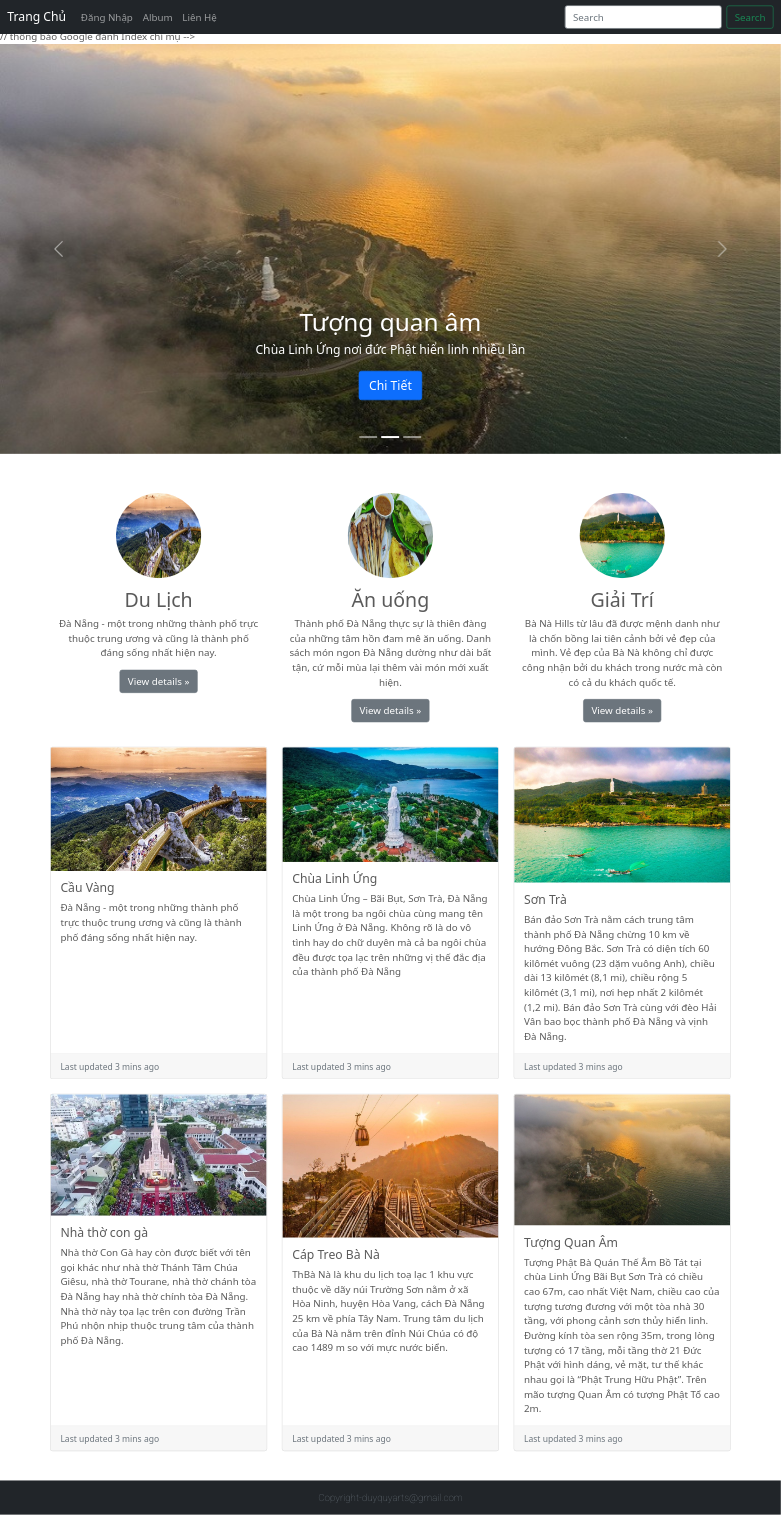
Repository: quyld88/baipro4
Page: index.html
An editor plug-in stored every save of this project. The page is shown before and after the next save, followed by the edit.
The browser window is 1280 px wide. The pictures show the whole page, at 61% of full size.

Above is the page before, as saved 2022-05-16 16:45:27.

After the next save:
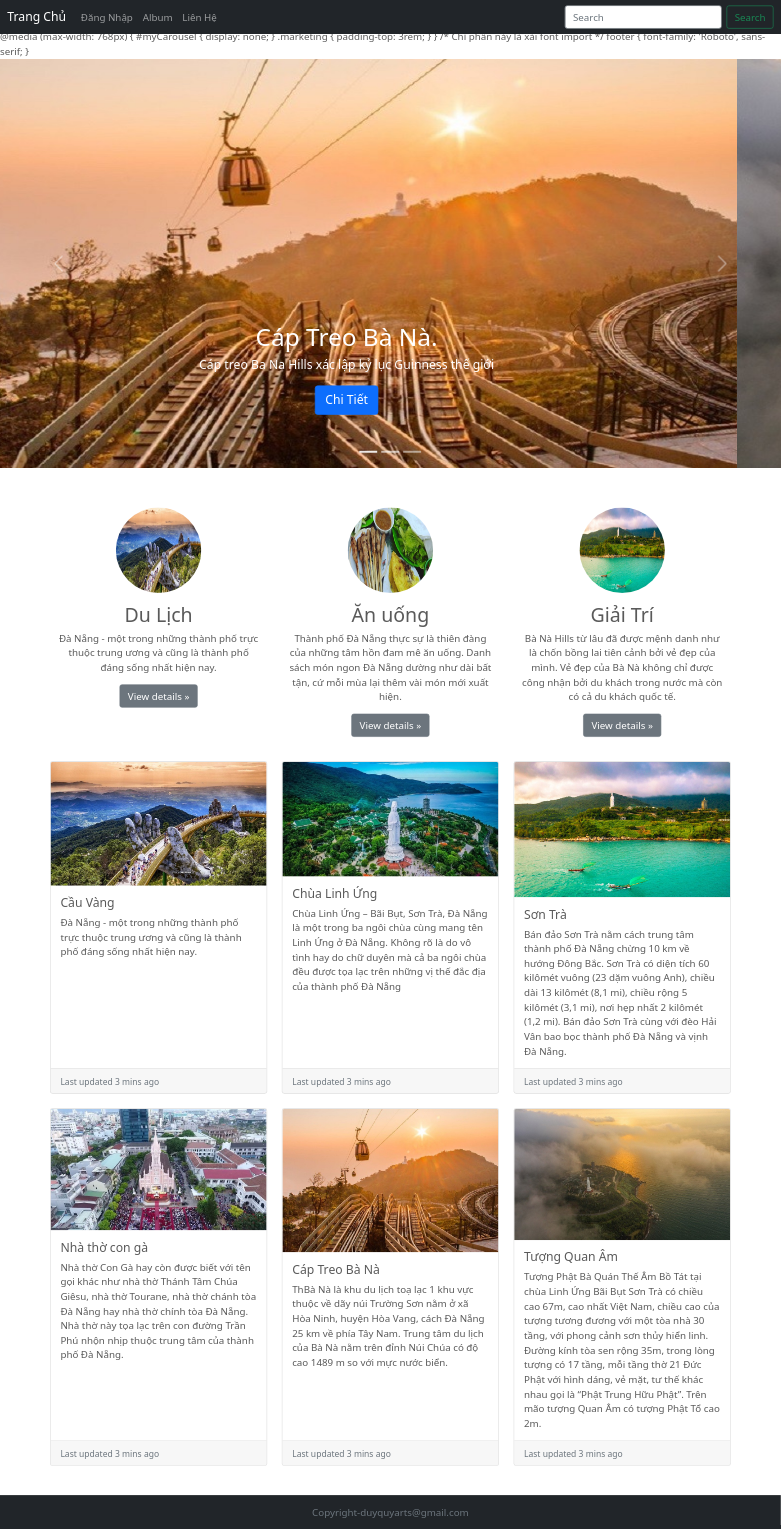
Saved 15 s later.
--- a/index.html
+++ b/index.html
@@ -14,23 +14,7 @@
     <!-- import font roboto -->
     <link rel="preconnect" href="https://fonts.googleapis.com">
     <link rel="preconnect" href="https://fonts.gstatic.com" crossorigin>
-    <link href="https://fonts.googleapis.com/css2?family=Montserrat:wght@100&family=Roboto:wght@100&display=swap" rel="stylesheet"> // thông báo Google đánh Index chỉ mụ -->
-
-
-    <style>
-        @media (max-width: 768px) {
-            #myCarousel {
-                display: none;
-            }
-            .marketing {
-                padding-top: 3rem;
-            }
-        }
-        /* Chỉ phần này là xài font import */
-
-        footer {
-            font-family: 'Roboto', sans-serif;
-        }
+    <link href="https://fonts.googleapis.com/css2?family=Montserrat:wght@100&family=Roboto:wght@100&display=swap" rel="stylesheet" <style> @media (max-width: 768px) { #myCarousel { display: none; } .marketing { padding-top: 3rem; } } /* Chỉ phần này là xài font import */ footer { font-family: 'Roboto', sans-serif; }
     </style>
     <!-- Custom styles for this template -->
     <link href="css/carousel.css" rel="stylesheet">

After the save that followed:
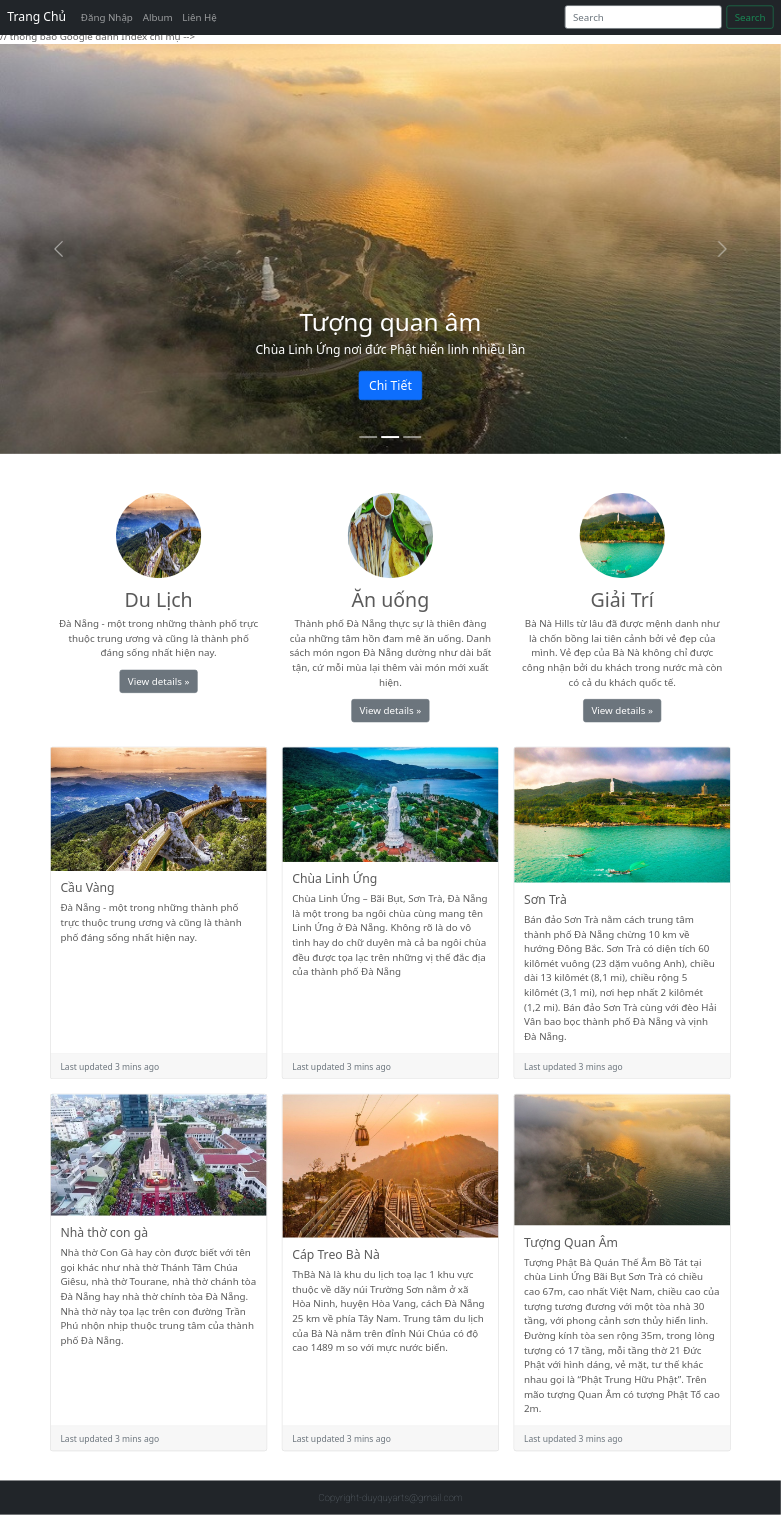
Saved 15 s later.
--- a/index.html
+++ b/index.html
@@ -14,7 +14,24 @@
     <!-- import font roboto -->
     <link rel="preconnect" href="https://fonts.googleapis.com">
     <link rel="preconnect" href="https://fonts.gstatic.com" crossorigin>
-    <link href="https://fonts.googleapis.com/css2?family=Montserrat:wght@100&family=Roboto:wght@100&display=swap" rel="stylesheet" <style> @media (max-width: 768px) { #myCarousel { display: none; } .marketing { padding-top: 3rem; } } /* Chỉ phần này là xài font import */ footer { font-family: 'Roboto', sans-serif; }
+    <link href="https://fonts.googleapis.com/css2?family=Montserrat:wght@100&family=Roboto:wght@100&display=swap" rel="stylesheet"> // thông báo Google đánh Index chỉ mụ
+     -->
+
+
+    <style>
+        @media (max-width: 768px) {
+            #myCarousel {
+                display: none;
+            }
+            .marketing {
+                padding-top: 3rem;
+            }
+        }
+        /* Chỉ phần này là xài font import */
+
+        footer {
+            font-family: 'Roboto', sans-serif;
+        }
     </style>
     <!-- Custom styles for this template -->
     <link href="css/carousel.css" rel="stylesheet">
